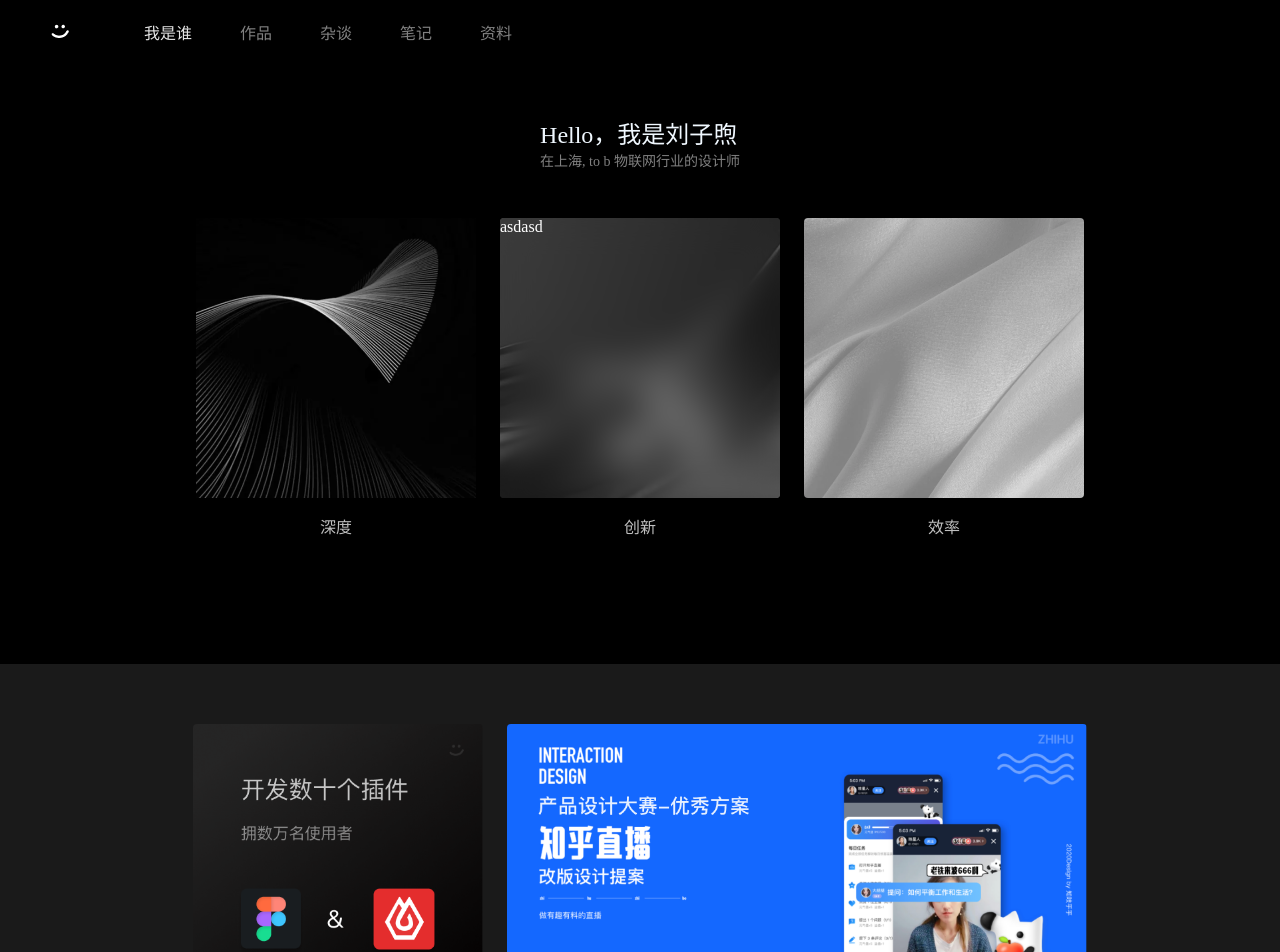
Repository: LiuZixu-aurelio/myblog-Vue
Page: /#/home/who
The author's editor kept a copy of each file at every save. The page is drawn from the files as they stood at one save, then again after the next save.
The browser window is 1280 px wide. The pictures show the part of the page from y = 0 to 952 px (the page is 2936 px tall).
The project was rebuilt for these pictures with package versions that can differ from the ones it lists, and the page was loaded fresh each time. Also part of the build but not shown: vue.config.js, src/views/PreView.vue, src/components/cardCom.vue, src/views/project.vue, src/views/talk.vue, src/views/sign.vue, src/views/test.vue, src/components/detailCom.vue.

Above is the page before, as saved 2022-09-05 13:22:50.

After the next save:
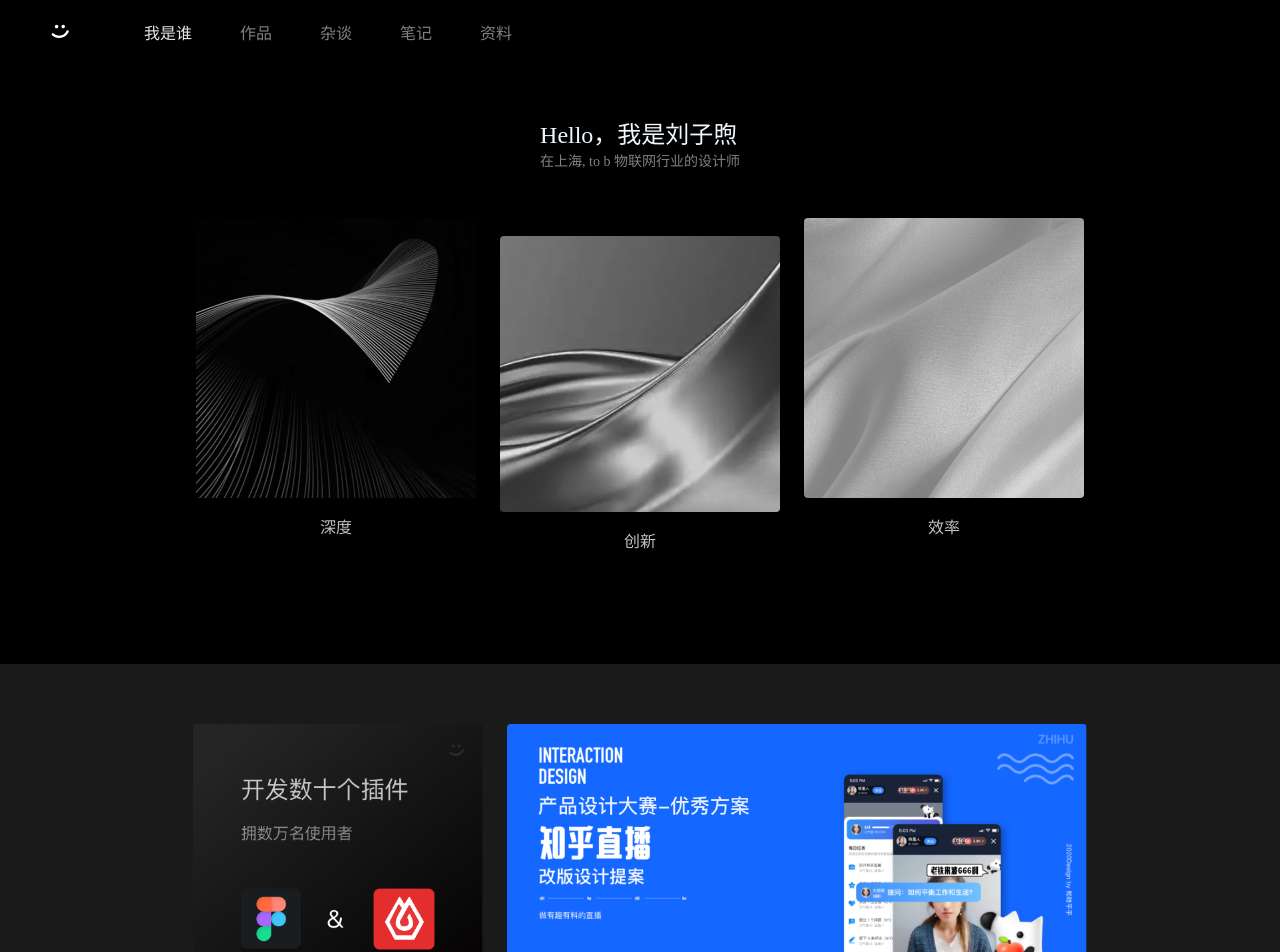
Saved 53 s later.
--- a/src/views/who.vue
+++ b/src/views/who.vue
@@ -130,8 +130,10 @@
 
 }
 .menban {
-      visibility:visible;
-
+  visibility:hidden;
+}
+.menban:hover {
+  visibility:visible;
   width: 280px;
   height: 280px;
   border-radius: 4px;
@@ -141,9 +143,6 @@
   color: #fff;
   position:absolute;
 }
-.menban:hover {
-    visibility:hidden;
-}
 #a1 {
   width: 280px;
   height: 280px;
